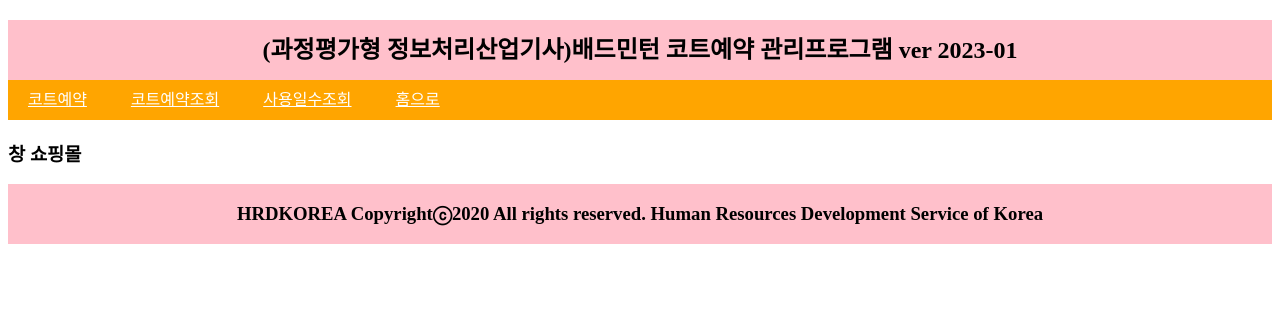
Repository: s25-30420/shopping
Page: http://localhost/shop/
These files come from the project's save history. The page is drawn as it stood at one moment and after a run of saves; the edit follows.
The browser window is 1280 px wide. The pictures show the whole page.
The page is served by Tomcat 9. Other server files are loaded and not shown.

Above is the page before, as saved 2025-09-01 00:53:51.

### shop/src/main/webapp/index.jsp
<%@ page language="java" contentType="text/html; charset=UTF-8"
    pageEncoding="UTF-8"%>
<!DOCTYPE html>
<html>
<head>
<meta charset="UTF-8">
<title>index</title>
</head>
<body>
<jsp:include page="header.jsp"></jsp:include>
<jsp:include page="nav.jsp"></jsp:include>
<section>
	<h3>창 쇼핑몰</h3>
	<p>

	</p>
</section>
<jsp:include page="footer.jsp"></jsp:include>
</body>
</html>

### shop/src/main/webapp/header.jsp
<%@ page language="java" contentType="text/html; charset=UTF-8"
    pageEncoding="UTF-8"%>
<!DOCTYPE html>
<html>
<head>
<meta charset="UTF-8">
<title>header</title>
<style>
header{
		width: 100%;
		height: 60px;
		background-color: pink;
		text-align: center;
		line-height: 60px;
	}


</style>
</head>
<body>
<header>
		<h2>(과정평가형 정보처리산업기사)배드민턴 코트예약 관리프로그램 ver 2023-01</h2>
	</header>
</body>
</html>

### shop/src/main/webapp/nav.jsp
<%@ page language="java" contentType="text/html; charset=UTF-8"
	pageEncoding="UTF-8"%>
<!DOCTYPE html>
<html>
<head>
<meta charset="UTF-8">
<title>nav</title>
<style>
nav {
	width: 100%;
	height: 40px;
	background-color: orange;
	line-height: 40px;
}

nav a {
	color: white;
	padding: 0 20px;
}
</style>
</head>
<body>
	<nav>
		<a href="insert.jsp">코트예약</a>
		<a href="resvlist.jsp">코트예약조회</a>
		<a href="count.jsp">사용일수조회</a>
		<a href="index.jsp">홈으로</a>
	</nav>
</body>
</html>

### shop/src/main/webapp/footer.jsp
<%@ page language="java" contentType="text/html; charset=UTF-8"
    pageEncoding="UTF-8"%>
<!DOCTYPE html>
<html>
<head>
<meta charset="UTF-8">
<title>footer</title>
<style>
	footer{
		width: 100%;
		height: 60px;
		background-color: pink;
		text-align: center;
		line-height: 60px;
	}
</style>
</head>
<body>
<footer>
	<h3>HRDKOREA Copyrightⓒ2020 All rights reserved. Human Resources Development Service of Korea</h3>
</footer>
</body>
</html>

After the next 2 saves:
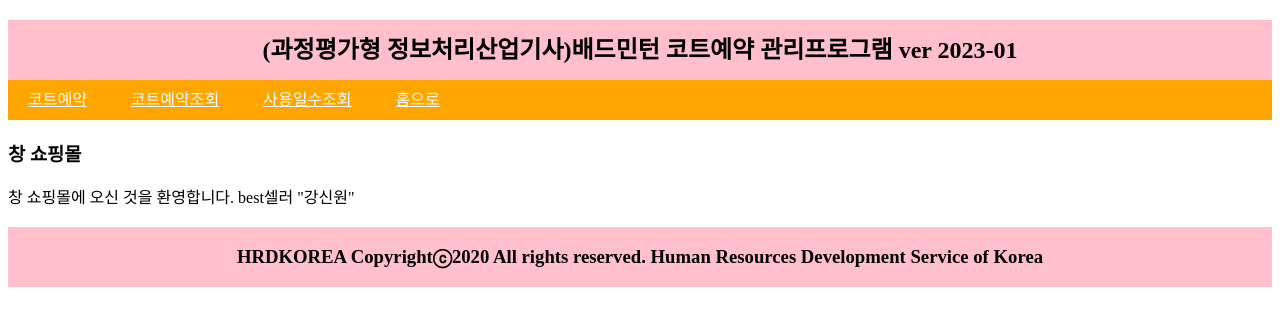
The 2 saves are shown as one change because they came seconds apart.
The last was saved 49 s later.
--- a/shop/src/main/webapp/index.jsp
+++ b/shop/src/main/webapp/index.jsp
@@ -12,6 +12,8 @@
 <section>
 	<h3>창 쇼핑몰</h3>
 	<p>
+		창 쇼핑몰에 오신 것을 환영합니다.
+		best셀러 "강신원"
 
 	</p>
 </section>
